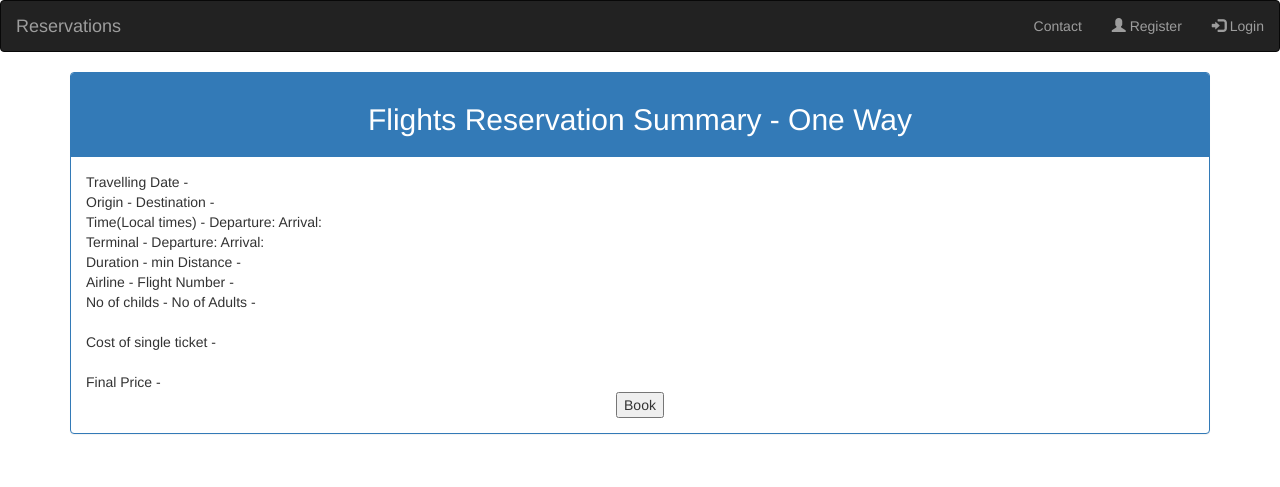
Repository: svnsiva/final-project
Page: http://localhost/flights-car-reservation/WEB-INF/pages/one-summary.jsp
An editor plug-in stored every save of this project. The page is shown before and after the next save, followed by the edit.
The browser window is 1280 px wide. The pictures show the whole page.
Some web libraries are served in a nearby version. The page is served by Tomcat 9. Nobody is signed in. The template is opened directly, without the code that normally fills it, so the values that code supplies are empty.

Above is the page before, as saved 2017-08-10 17:05:57.

After the next save:
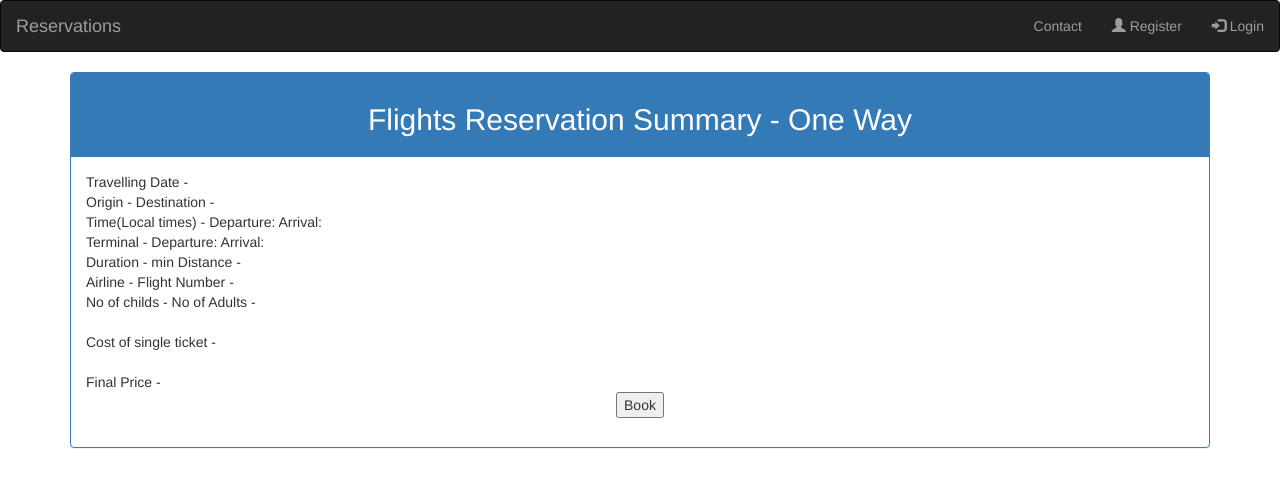
Saved 26 s later.
--- a/flights-car-reservation/src/main/webapp/WEB-INF/pages/one-summary.jsp
+++ b/flights-car-reservation/src/main/webapp/WEB-INF/pages/one-summary.jsp
@@ -30,6 +30,7 @@
 <div class="panel panel-primary">
 	<div class="panel-heading"><h2 class="text-center">Flights Reservation Summary - One Way</h2></div>
 	<div class="panel-body">
+	<form action="${pageContext.request.contextPath}/payment" method="post">
 		Travelling Date  - ${departDate}<br>
 		Origin - ${one.getOrigin()} Destination - ${one.getDestination()}<br>
 		Time(Local times) - Departure: ${one.getDepartTime()} Arrival:${one.getArrivalTime() }
@@ -46,6 +47,7 @@
 
 	<button type="submit" name="got" value = ${finalPrice}  class="btn btn-primary">Book</button>
 	</div>
+	</form>
 </div></div>
 
 </div>
